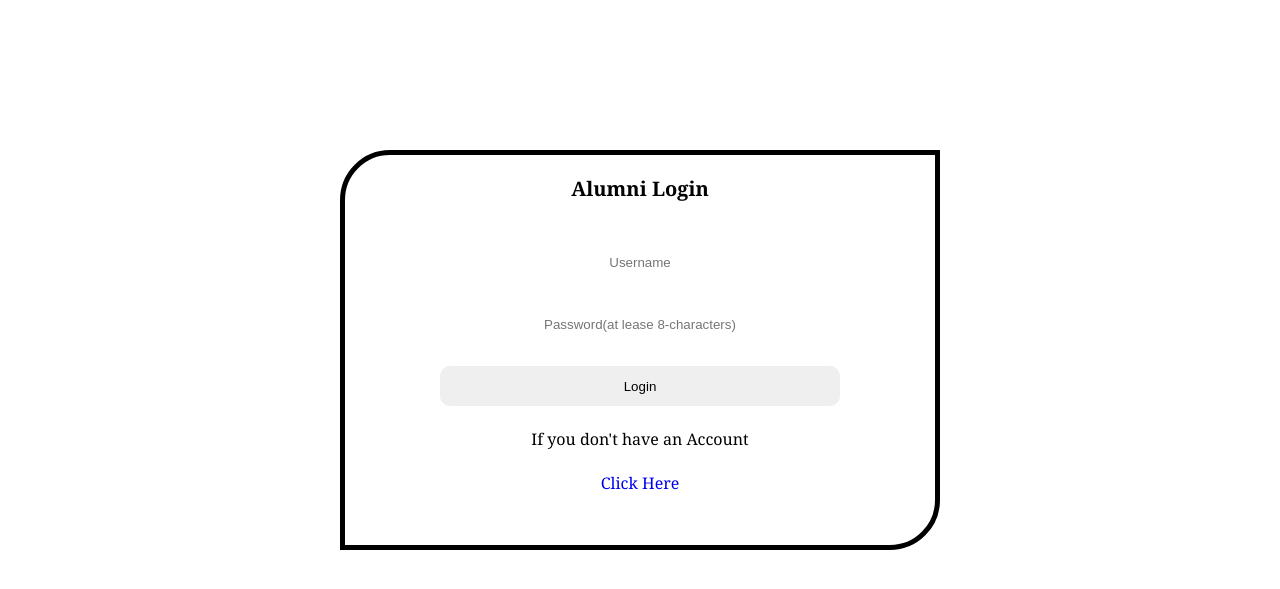
Repository: Shreyash1107/Web_Projects
Page: http://localhost/AlumnieventmanagementApplication/login.jsp
The author's editor kept a copy of each file at every save. The page is drawn from the files as they stood at one save, then again after the next save.
The browser window is 1280 px wide. The pictures show the whole page.
The page is served by Tomcat 9. Nobody is signed in. The application's start-up code is not run. Other server files are loaded and not shown.

Above is the page before, as saved 2024-07-21 06:27:22.

### AlumnieventmanagementApplication/src/main/webapp/login.jsp
<%@ page language="java" contentType="text/html; charset=ISO-8859-1"
    pageEncoding="ISO-8859-1"%>
<!DOCTYPE html>
<html>
<head>
<meta charset="ISO-8859-1">
<title>Login Page</title>
<link rel='stylesheet' href='CSS/style.css'/>
</head>
<body>
	<center>
		<form>
			<div class='wrapper'>
			<h4>Alumni Login</h4>
					<div class='box'>
						<input type='text' name='Username' value='' placeholder='Username'/></br></br>
						<input type='password' name='Passowrd' value='' placeholder='Password(at lease 8-characters)'/></br></br>
						<input type='submit' name='sub' value='Login'/></br></br>
						<div class='Register'>
							If you don't have an Account<br><br>
							<div class='reference'>
								<a href='#'>Click Here</a>
							</div>
						</div>
					</div>
			</div>
		</form>
	</center>
</body>
</html>

Loaded but not shown: AlumnieventmanagementApplication/src/main/webapp/CSS/style.css (common file)

After the next save:
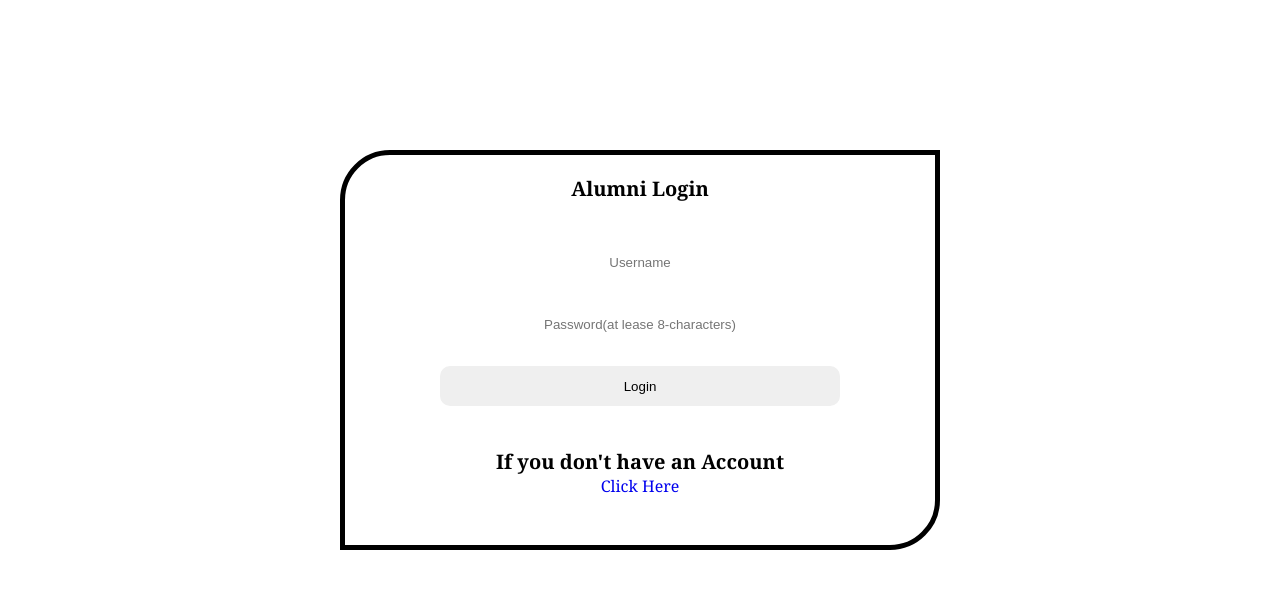
Saved 2 min 17 s later.
--- a/AlumnieventmanagementApplication/src/main/webapp/login.jsp
+++ b/AlumnieventmanagementApplication/src/main/webapp/login.jsp
@@ -17,7 +17,7 @@
 						<input type='password' name='Passowrd' value='' placeholder='Password(at lease 8-characters)'/></br></br>
 						<input type='submit' name='sub' value='Login'/></br></br>
 						<div class='Register'>
-							If you don't have an Account<br><br>
+							<h4>If you don't have an Account</h4>
 							<div class='reference'>
 								<a href='#'>Click Here</a>
 							</div>

After the save that followed:
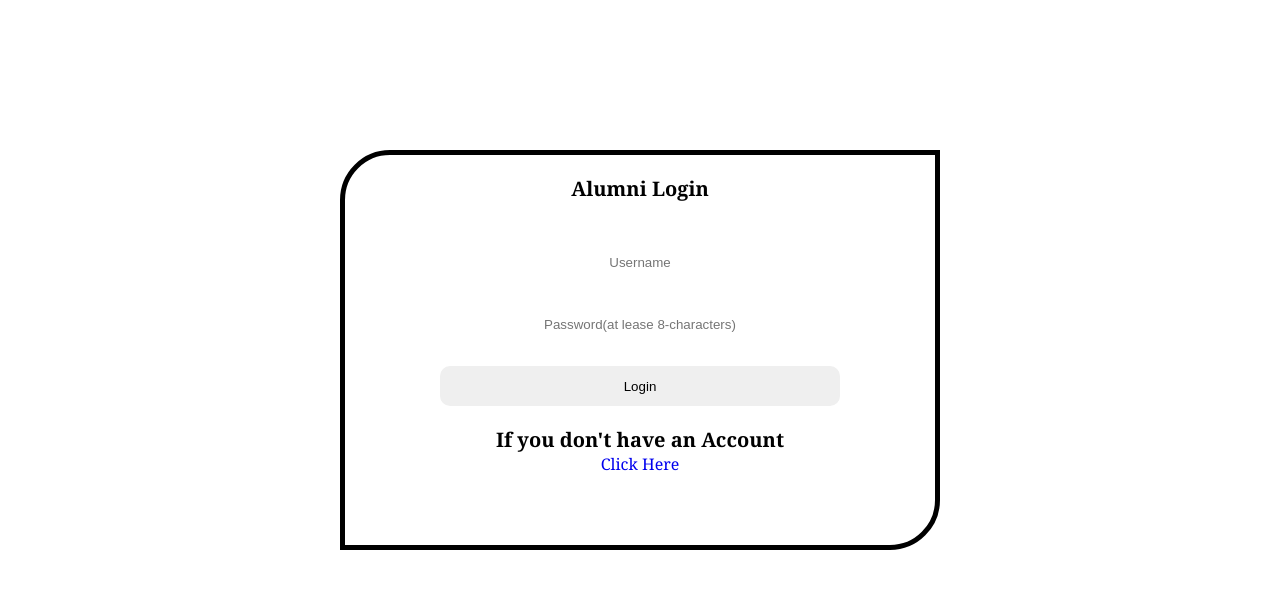
Saved 3 min 28 s later.
--- a/AlumnieventmanagementApplication/src/main/webapp/login.jsp
+++ b/AlumnieventmanagementApplication/src/main/webapp/login.jsp
@@ -15,7 +15,7 @@
 					<div class='box'>
 						<input type='text' name='Username' value='' placeholder='Username'/></br></br>
 						<input type='password' name='Passowrd' value='' placeholder='Password(at lease 8-characters)'/></br></br>
-						<input type='submit' name='sub' value='Login'/></br></br>
+						<input type='submit' name='sub' value='Login'/></br>
 						<div class='Register'>
 							<h4>If you don't have an Account</h4>
 							<div class='reference'>
